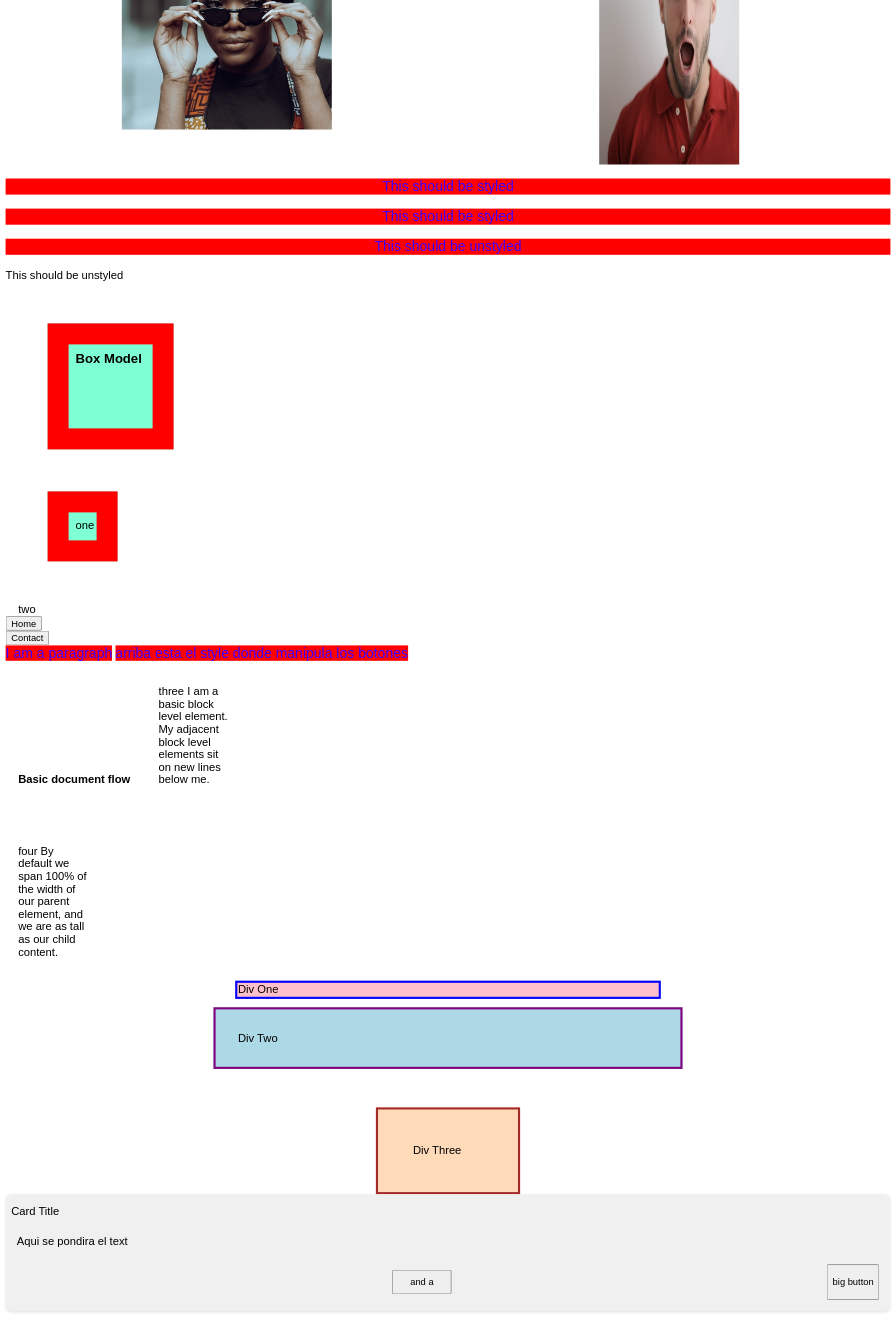
Repository: HeliosAI9/First-test-website
Page: mywebsite/html-boilerplate/pagetwo.html
The author's editor kept a copy of each file at every save. The page is drawn from the files as they stood at one save, then again after the next save.
The browser window is 1280 px wide. The pictures show the part of the page from y = 1220 to 3140 px (the page is 3101 px tall before and 3140 px after), at 70% of full size.

Above is the page before, as saved 2023-05-31 10:14:28.
Not found: mywebsite/html-boilerplate/script.js

After the next save:
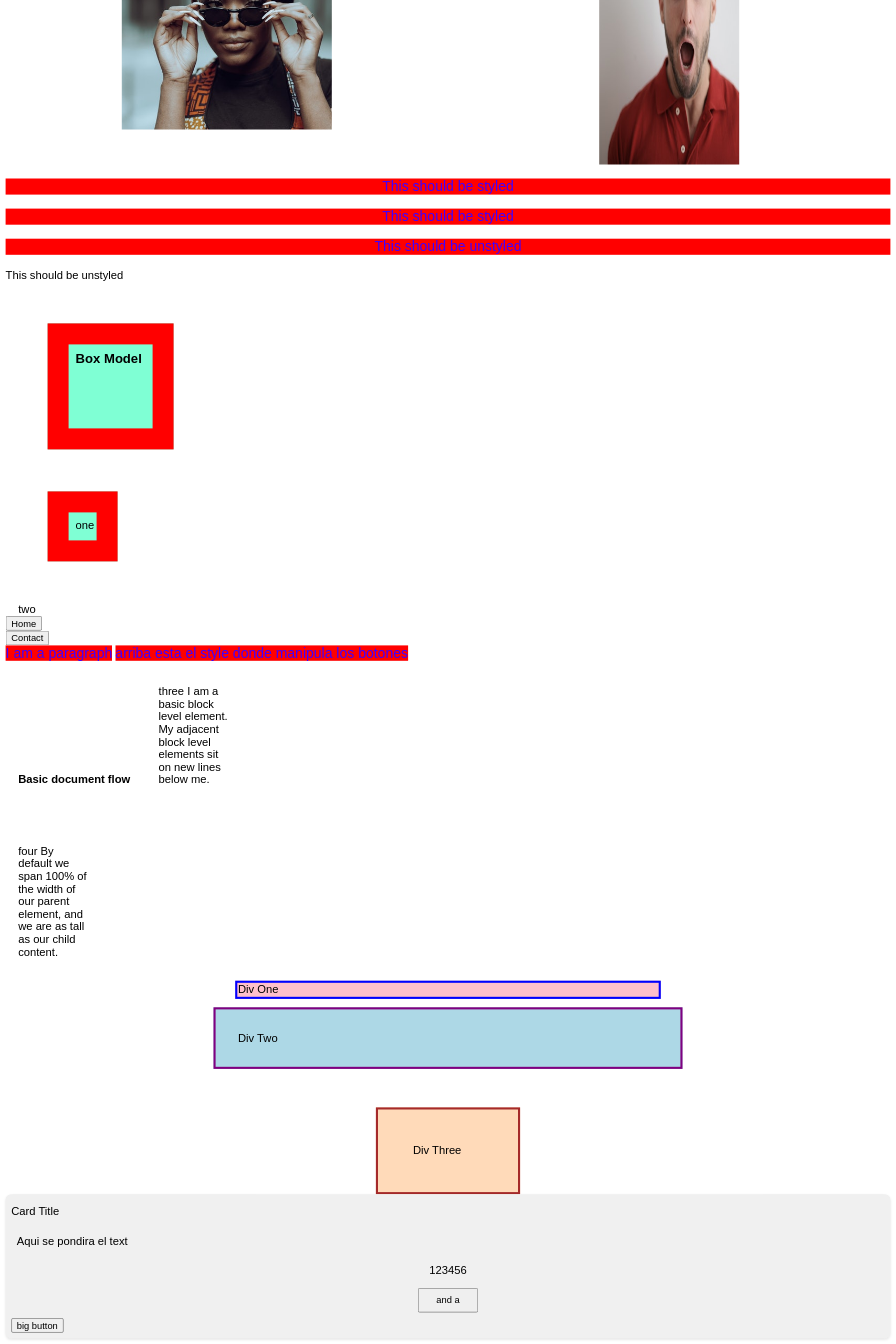
Saved 116 s later.
--- a/mywebsite/html-boilerplate/pagetwo.html
+++ b/mywebsite/html-boilerplate/pagetwo.html
@@ -92,7 +92,7 @@
     <div class="card-content">
       Aqui se pondira el text
     </div>
-    <div class="button-container">
+    <div class="button-container">123456</div>
       <button class="big-button">and a <button>big button</button>
     </div>
   </div>
